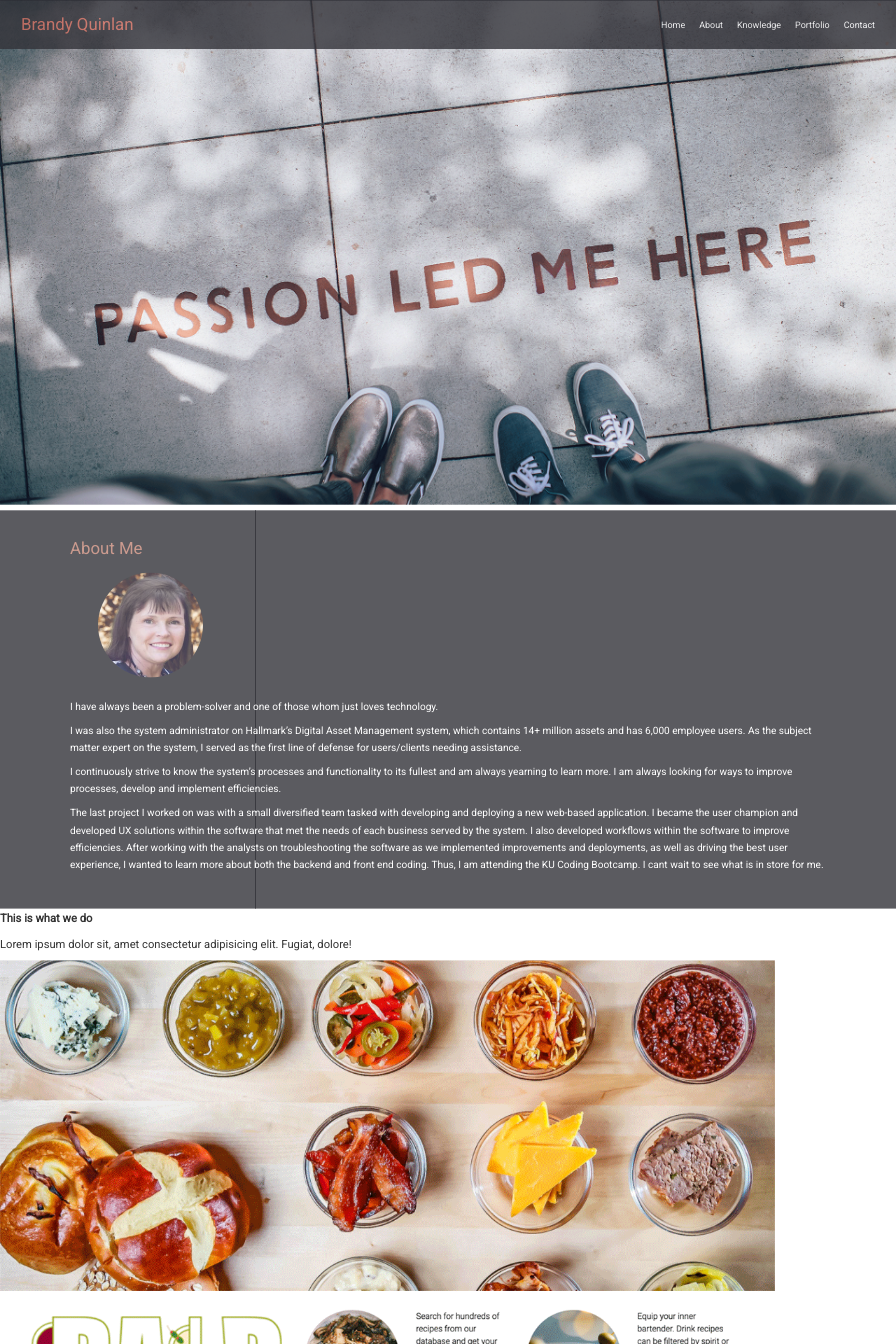
Repository: brandyquinlan/brandyquinlan
Page: index.html
These files come from the project's save history. The page is drawn as it stood at one moment and after the next save; the edit follows.
The browser window is 1280 px wide. The pictures show the part of the page from y = 0 to 1920 px (the page is 3530 px tall before and 3384 px after), at 70% of full size.
Some web libraries are served in a nearby version.

Above is the page before, as saved 2021-02-05 11:34:11.

After the next save:
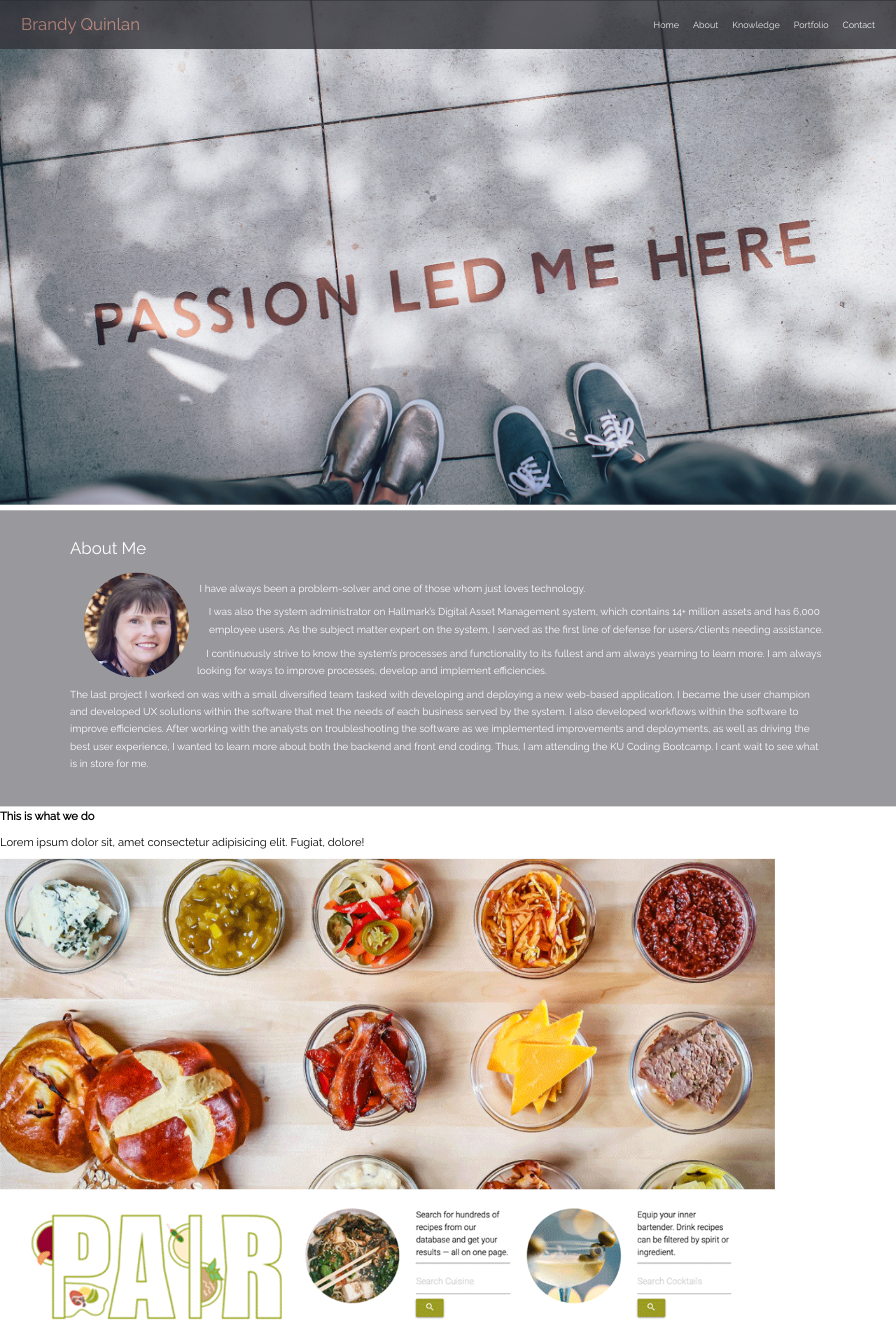
Saved 25 s later.
--- a/css/style.css
+++ b/css/style.css
@@ -8,9 +8,9 @@
 /* Base Styles */
 
 body {
-    font-family: 'Roboto', sans-serif;
+    font-family: 'Raleway', sans-serif;
     background: #fff;
-    color: #333;
+    /* color: #333; */
     line-height: 1.7;
 }
 
@@ -52,7 +52,7 @@ img {
 
 header h1 {
     /* color: #e97a5b; */
-    color: #d36e5f;
+    color: #bf8273;
     padding-left: 10px;
 }
 
@@ -92,22 +92,22 @@ header h1 {
 
 #aboutMe {
     padding: 40px 100px;
-    background: #333339;
+    background: #99999d;
     color: #fff;
-    opacity: .8;
     font-size: .9rem;
-    max-width: 1920px;
 }
 
 #aboutMe h1 {
-    color: #bf8273;
+    color: #fff;
+    padding-bottom: 20px;
 }
 
 #aboutRow1 {
-    display: flex;
-    padding: 20px;
+    float: left;
+    /* padding: 20px; */
     justify-content: space-between;
     margin: 0 20px;
+    shape-outside: circle();
 }
 
 #aboutMe img {
@@ -116,6 +116,37 @@ header h1 {
     width: 150px;
     height: 150px;
 }
+
+
+/* Projects */
+
+
+/*
+#projectsGallery {
+    display: inline-block;
+} */
+
+
+/* .projects img {
+    border: #ccc 1px solid;
+    width: 30vw;
+
+}
+
+.projectsGallery {
+    display: flex;
+    justify-content: space-around;
+    align-items: center;
+
+}
+
+.projectsGallery p {
+    background: #a35a4e;
+}
+
+.projectsGallery:hover {
+    opacity: .8;
+} */
 
 
 /* Footer */
